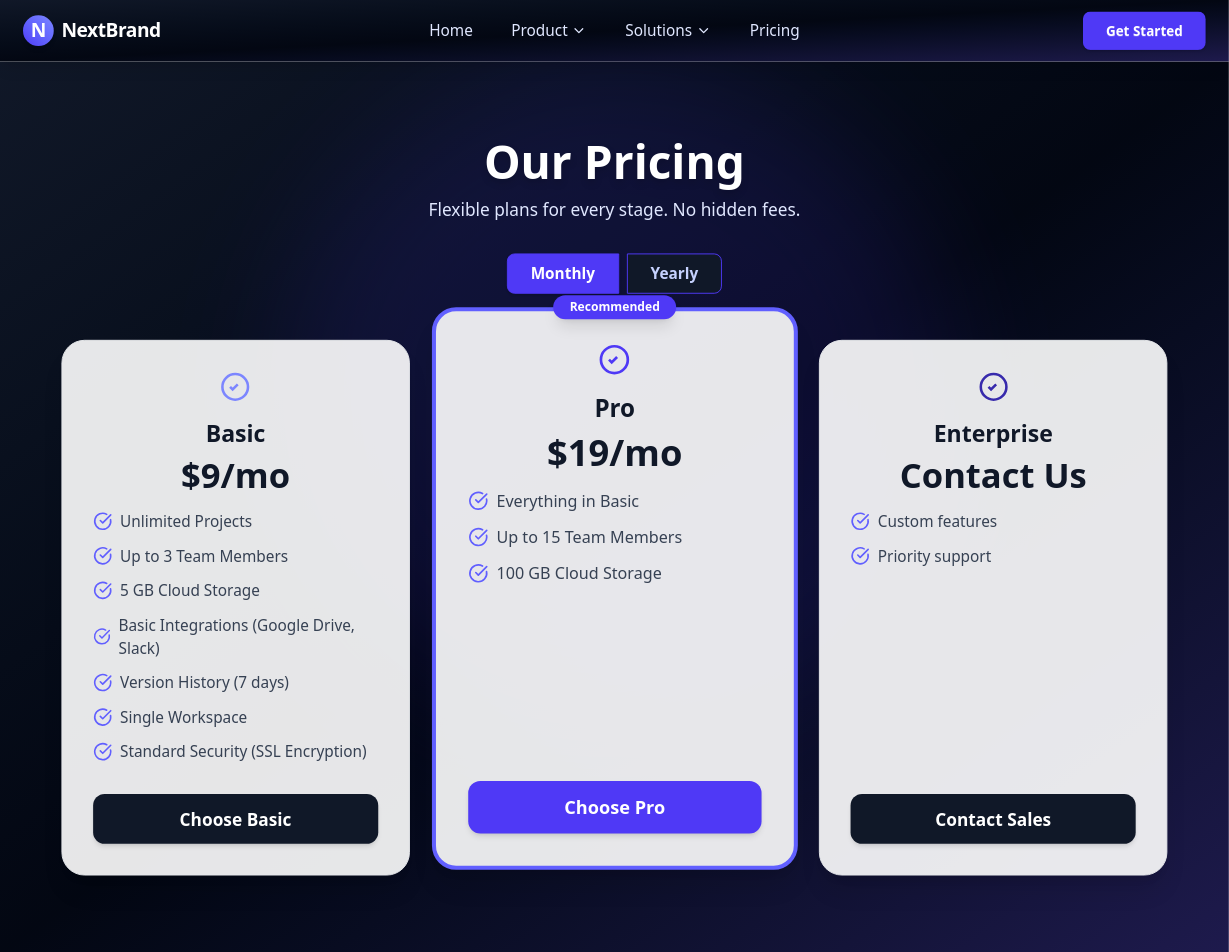
Repository: Chiranshukapil/Next_Brand
Page: /pricing
These files come from the project's save history. The page is drawn as it stood at one moment and after the next save; the edit follows.
The browser window is 1280 px wide. The pictures show the whole page, at 96% of full size.
The project was rebuilt for these pictures with package versions that can differ from the ones it lists, and the page was loaded fresh each time. Also part of the build but not shown: vite.config.js.

Above is the page before, as saved 2025-06-18 11:59:40.

### index.html
<!doctype html>
<html lang="en">
  <head>
    <meta charset="UTF-8" />
    <link rel="stylesheet" href="src/index.css">
    <meta name="viewport" content="width=device-width, initial-scale=1.0" />
    <title>NavBar</title>
  </head>
  <body classname="scroll-smooth">
    <div id="root"></div>
    <script type="module" src="/src/main.jsx"></script>
  </body>
</html>

### src/App.jsx
import { useState } from 'react'
import { BrowserRouter as Router, Routes, Route } from 'react-router-dom'
import Navbar from './Components/NavBar.jsx'
import PricingSection from './Components/PricingSection.jsx'

function App() {
  return (
    <Router>
      <Navbar />
      <Routes>

        <Route path="/pricing" element={<PricingSection />} />

      </Routes>
    </Router>
  )
}

export default App

### src/Components/NavBar.jsx
import React, { useState } from "react";
import { Link } from "react-router-dom";
import { Menu, X, ChevronDown } from "lucide-react";

// Route-based navLinks
const navLinks = [
  { name: "Home", href: "/" },
  {
    name: "Product",
    href: "/product",
    dropdown: [
      { name: "Overview", href: "/product/overview" },
      { name: "Features", href: "/product/features" },
      { name: "Pricing", href: "/pricing" },
    ],
  },
  {
    name: "Solutions",
    href: "/solutions",
    dropdown: [
      { name: "For Teams", href: "/solutions/teams" },
      { name: "For Individuals", href: "/solutions/individuals" },
    ],
  },
  { name: "Pricing", href: "/pricing" },
];

export default function Navbar() {
  const [menuOpen, setMenuOpen] = useState(false);
  const [dropdownOpen, setDropdownOpen] = useState(null);

  return (
    <nav className="sticky top-0 z-50 bg-gradient-to-br from-gray-900 via-gray-950 to-indigo-950 backdrop-blur-md bg-opacity-80 shadow-lg flex justify-between items-center px-6 py-3">
      {/* Brand/Logo */}
      <div className="navbar-start">
        <Link
          to="/"
          className="flex items-center gap-2 text-xl font-bold tracking-tight text-white hover:text-indigo-400 transition-colors"
        >
          <span className="w-8 h-8 bg-gradient-to-tr from-indigo-600 to-indigo-400 rounded-full text-white flex items-center justify-center font-bold shadow-md">
            N
          </span>
          <span>NextBrand</span>
        </Link>
      </div>

      {/* Desktop Menu */}
      <div className="navbar-center hidden md:flex">
        <ul className="flex gap-2 items-center">
          {navLinks.map((link, index) => (
            <li
              key={link.name}
              onMouseEnter={() => setDropdownOpen(index)}
              onMouseLeave={() => setDropdownOpen(null)}
              className="relative"
            >
              {link.dropdown ? (
                <>
                  <Link
                    to={link.href}
                    className="px-4 py-2 rounded-lg text-base font-medium flex items-center gap-1 cursor-pointer text-indigo-100 hover:text-white hover:bg-indigo-700/30 transition-colors"
                    aria-haspopup="true"
                    aria-expanded={dropdownOpen === index}
                    onClick={() => setDropdownOpen(null)}
                  >
                    {link.name}
                    <ChevronDown className="h-4 w-4" />
                  </Link>
                  {dropdownOpen === index && (
                    <ul className="absolute top-full left-0 mt-2 bg-white/95 shadow-xl rounded-xl p-2 w-52 z-50 animate-fade-in">
                      {link.dropdown.map((item) => (
                        <li key={item.name}>
                          <Link
                            to={item.href}
                            className="block px-4 py-2 rounded-lg hover:bg-indigo-100 text-gray-900 font-medium transition"
                            onClick={() => setDropdownOpen(null)}
                          >
                            {item.name}
                          </Link>
                        </li>
                      ))}
                    </ul>
                  )}
                </>
              ) : (
                <Link
                  to={link.href}
                  className="px-4 py-2 rounded-lg text-base font-medium text-indigo-100 hover:text-white hover:bg-indigo-700/30 transition"
                  onClick={() => setDropdownOpen(null)}
                >
                  {link.name}
                </Link>
              )}
            </li>
          ))}
        </ul>
      </div>

      {/* Right Side: CTA + Mobile Menu Button */}
      <div className="navbar-end flex items-center">
        <Link
          to="/get-started"
          className="btn btn-primary font-semibold shadow hidden md:inline-flex bg-indigo-600 text-white hover:bg-indigo-700 border-none rounded-lg px-6 py-2 transition"
        >
          Get Started
        </Link>
        <button
          aria-label="Toggle menu"
          className="btn btn-ghost md:hidden ml-2 text-indigo-200"
          onClick={() => setMenuOpen((v) => !v)}
        >
          {menuOpen ? (
            <X className="h-7 w-7" />
          ) : (
            <Menu className="h-7 w-7" />
          )}
        </button>

        {/* Mobile Menu */}
        <div
          className={`absolute top-full right-2 left-2 z-40 md:hidden overflow-hidden transition-all duration-300 ease-in-out bg-white/95 rounded-xl shadow-lg ${
            menuOpen ? "max-h-96" : "max-h-0"
          }`}
        >
          <ul tabIndex={0} className="flex flex-col gap-1 p-3 w-full">
            {navLinks.map((link) => (
              <li key={link.name}>
                {link.dropdown ? (
                  <details>
                    <summary className="text-base cursor-pointer flex items-center justify-between text-gray-900 font-semibold px-2 py-2 rounded-lg hover:bg-indigo-100 transition">
                      {link.name}
                    </summary>
                    <ul className="p-2">
                      {link.dropdown.map((item) => (
                        <li key={item.name}>
                          <Link
                            to={item.href}
                            className="block px-4 py-2 rounded-lg text-gray-900 hover:bg-indigo-100 transition"
                            onClick={() => setMenuOpen(false)}
                          >
                            {item.name}
                          </Link>
                        </li>
                      ))}
                    </ul>
                  </details>
                ) : (
                  <Link
                    to={link.href}
                    className="block px-4 py-2 rounded-lg text-gray-900 font-semibold hover:bg-indigo-100 transition"
                    onClick={() => setMenuOpen(false)}
                  >
                    {link.name}
                  </Link>
                )}
              </li>
            ))}
            <li className="mt-2">
              <Link
                to="/get-started"
                className="btn btn-primary w-full bg-indigo-600 text-white hover:bg-indigo-700 border-none rounded-lg px-6 py-2 transition"
                onClick={() => setMenuOpen(false)}
              >
                Get Started
              </Link>
            </li>
          </ul>
        </div>
      </div>
    </nav>
  );
}

### src/Components/PricingSection.jsx
import { CheckCircle } from "lucide-react";
import { useState } from "react";

const plans = [
  {
    name: "Basic",
    icon: <svg className="w-8 h-8 text-indigo-400" fill="none" stroke="currentColor" strokeWidth="2" viewBox="0 0 24 24"><circle cx="12" cy="12" r="10"/><path d="M8 12l2 2 4-4"/></svg>,
    monthly: 9,
    yearly: 90,
    features: ["Unlimited Projects", "Up to 3 Team Members", "5 GB Cloud Storage", "Basic Integrations (Google Drive, Slack)",
        "Version History (7 days)", "Single Workspace", "Standard Security (SSL Encryption)"
    ],
    recommended: false,
  },
  {
    name: "Pro",
    icon: <svg className="w-8 h-8 text-indigo-600" fill="none" stroke="currentColor" strokeWidth="2" viewBox="0 0 24 24"><circle cx="12" cy="12" r="10"/><path d="M8 12l2 2 4-4"/></svg>,
    monthly: 19,
    yearly: 190,
    features: ["Everything in Basic", "Up to 15 Team Members", "100 GB Cloud Storage"],
    recommended: true,
  },
  {
    name: "Enterprise",
    icon: <svg className="w-8 h-8 text-indigo-800" fill="none" stroke="currentColor" strokeWidth="2" viewBox="0 0 24 24"><circle cx="12" cy="12" r="10"/><path d="M8 12l2 2 4-4"/></svg>,
    monthly: null,
    yearly: null,
    features: ["Custom features", "Priority support"],
    recommended: false,
    contact: true,
  },
];

export default function PricingSection() {
  const [billing, setBilling] = useState("monthly");

  const displayPrice = (plan) => {
    if (plan.contact) return "Contact Us";
    if (billing === "yearly") return `$${plan.yearly}/yr`;
    return `$${plan.monthly}/mo`;
  };

  return (
    <section className="relative py-20 px-4 md:px-0 bg-gradient-to-br from-gray-900 via-gray-950 to-indigo-950 min-h-[100vh]">
      {/* Decorative background shapes */}
      <div className="absolute top-0 left-1/2 -translate-x-1/2 w-[700px] h-[700px] rounded-full bg-indigo-800 opacity-20 blur-3xl pointer-events-none"></div>
      <div className="relative z-10 max-w-6xl mx-auto">
        <h2 className="text-4xl md:text-5xl font-extrabold text-center mb-3 text-white drop-shadow-lg">Our Pricing</h2>
        <p className="text-center text-indigo-100 mb-8 text-lg">Flexible plans for every stage. No hidden fees.</p>
        {/* Billing toggle */}
        <div className="flex justify-center mb-12 gap-2">
          <button
            className={`px-6 py-2 rounded-l-lg font-semibold transition-colors duration-200 hover:cursor-pointer border border-indigo-600 focus:outline-none ${
              billing === "monthly"
                ? "bg-indigo-600 text-white shadow"
                : "bg-gray-900 text-indigo-200 hover:bg-indigo-700/20"
            }`}
            onClick={() => setBilling("monthly")}
          >
            Monthly
          </button>
          <button
            className={`px-6 py-2 rounded-r-lg font-semibold transition-colors duration-200 hover:cursor-pointer border border-indigo-600 focus:outline-none ${
              billing === "yearly"
                ? "bg-indigo-600 text-white shadow"
                : "bg-gray-900 text-indigo-200 hover:bg-indigo-700/20"
            }`}
            onClick={() => setBilling("yearly")}
          >
            Yearly
          </button>
        </div>
        <div className="grid md:grid-cols-3 gap-8 items-stretch">
          {plans.map((plan, idx) => (
            <div
              key={plan.name}
              className={`relative flex flex-col p-8 rounded-3xl border transition-transform duration-200 bg-white/90 shadow-xl hover:scale-[1.03] ${
                plan.recommended
                  ? "border-4 border-indigo-500 bg-indigo-50 z-20 scale-105 shadow-2xl"
                  : "border-gray-200"
              }`}
              style={plan.recommended ? { top: '-20px' } : {}}
            >
              {plan.recommended && (
                <span className="absolute -top-4 left-1/2 -translate-x-1/2 bg-indigo-600 text-white text-xs px-4 py-1 rounded-full font-semibold shadow-lg z-30">
                  Recommended
                </span>
              )}
              <div className="flex justify-center mb-4">{plan.icon}</div>
              <h3 className="text-2xl font-bold mb-2 text-gray-900 text-center">{plan.name}</h3>
              <div className="text-4xl font-extrabold mb-4 text-center text-gray-900">{displayPrice(plan)}</div>
              <ul className="flex-1 mb-8 space-y-3 text-gray-700">
                {plan.features.map((f) => (
                  <li key={f} className="flex items-center gap-2">
                    <CheckCircle className="w-5 h-5 text-indigo-500" />
                    <span>{f}</span>
                  </li>
                ))}
              </ul>
              <button
                className={`py-3 px-6 rounded-xl font-semibold text-lg transition-all hover:cursor-pointer duration-200 shadow-md focus:outline-none ${
                  plan.recommended
                    ? "bg-indigo-600 text-white hover:bg-indigo-700"
                    : "bg-gray-900 text-white hover:bg-indigo-600"
                }`}
              >
                {plan.contact ? "Contact Sales" : `Choose ${plan.name}`}
              </button>
            </div>
          ))}
        </div>
      </div>
    </section>
  );
}

Loaded but not shown: src/index.css (common file); src/main.jsx (common file)

After the next save:
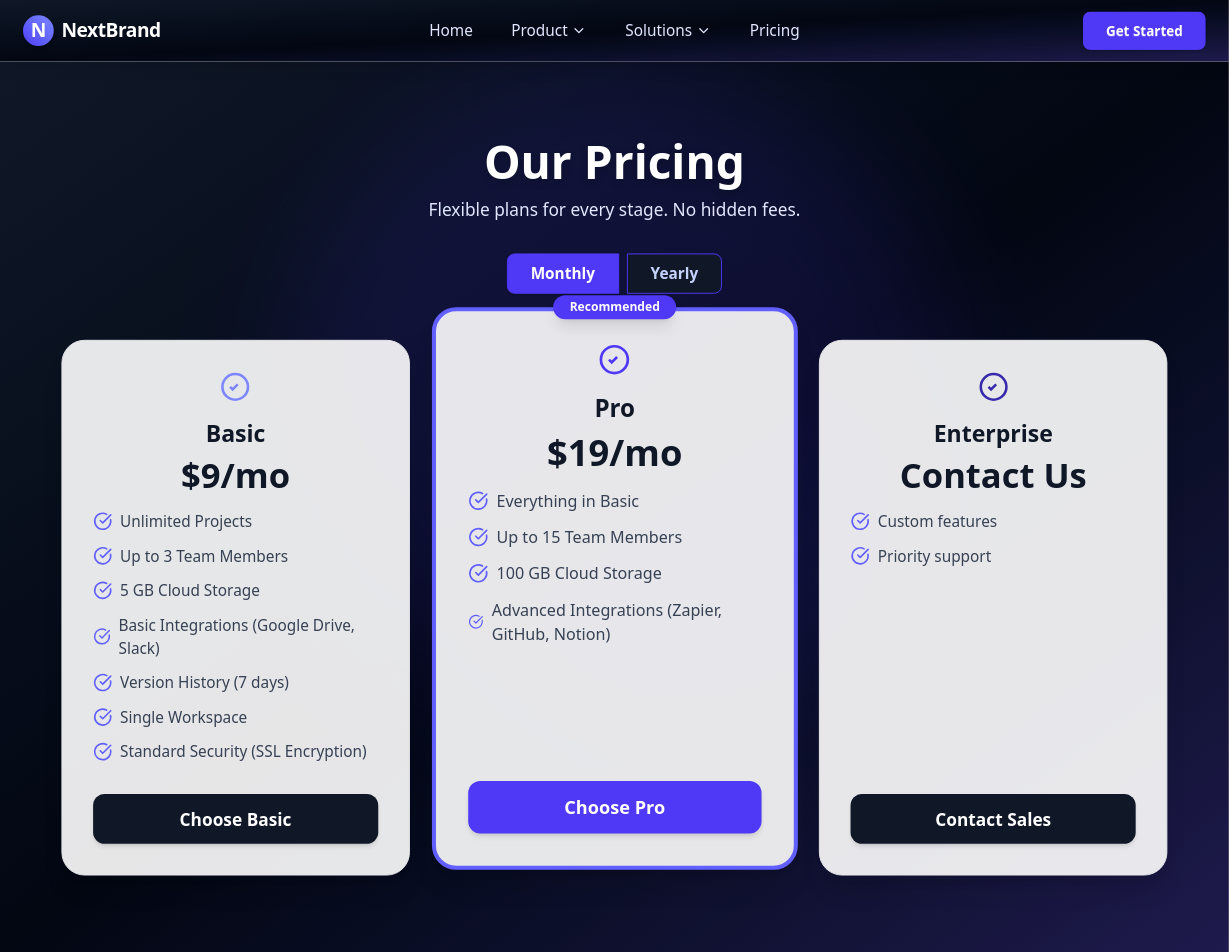
Saved 9 s later.
--- a/src/Components/PricingSection.jsx
+++ b/src/Components/PricingSection.jsx
@@ -17,7 +17,7 @@ const plans = [
     icon: <svg className="w-8 h-8 text-indigo-600" fill="none" stroke="currentColor" strokeWidth="2" viewBox="0 0 24 24"><circle cx="12" cy="12" r="10"/><path d="M8 12l2 2 4-4"/></svg>,
     monthly: 19,
     yearly: 190,
-    features: ["Everything in Basic", "Up to 15 Team Members", "100 GB Cloud Storage"],
+    features: ["Everything in Basic", "Up to 15 Team Members", "100 GB Cloud Storage", "Advanced Integrations (Zapier, GitHub, Notion)", ],
     recommended: true,
   },
   {
